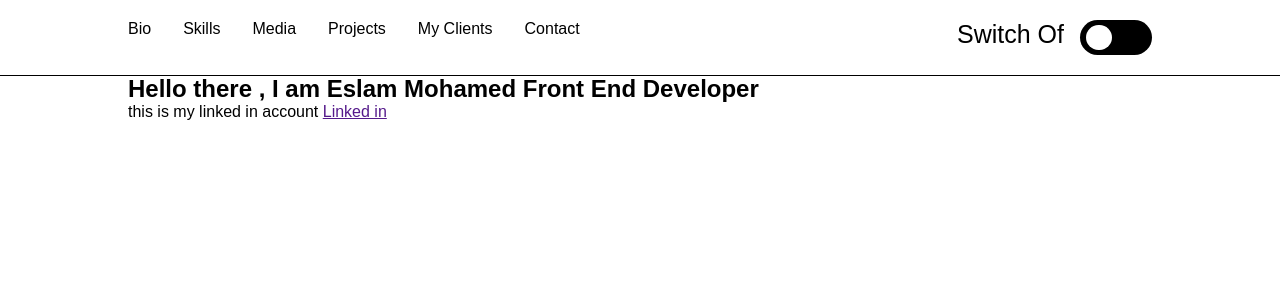
Repository: Eslam0Mohamed/portfolio
Page: index.html
An editor plug-in stored every save of this project. The page is shown before and after a run of saves, followed by the edit.
The browser window is 1280 px wide. The pictures show the whole page.

Above is the page before, as saved 2024-07-13 23:29:30.

After the next 5 saves:
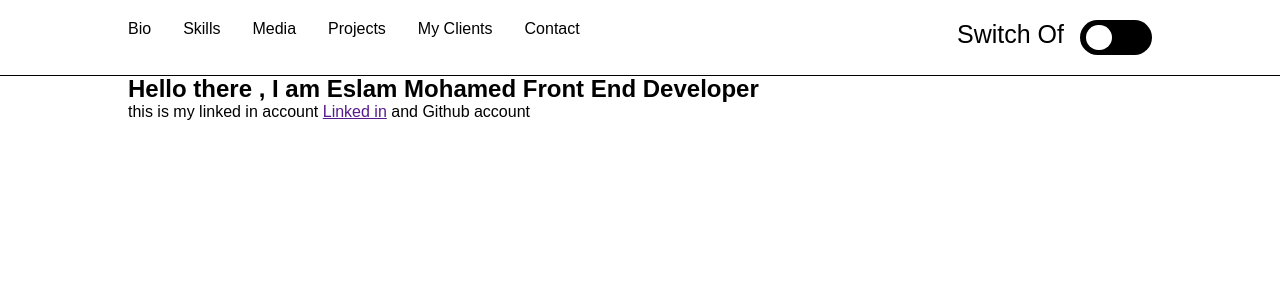
The 5 saves are shown as one change because they came seconds apart.
The last was saved 16 s later.
--- a/index.html
+++ b/index.html
@@ -38,7 +38,7 @@
             <p class="bio__objectives">
                 this is my linked in account
             <a href="">Linked in</a>
-
+            and Github account
             </p>
         </section>
     </div>
